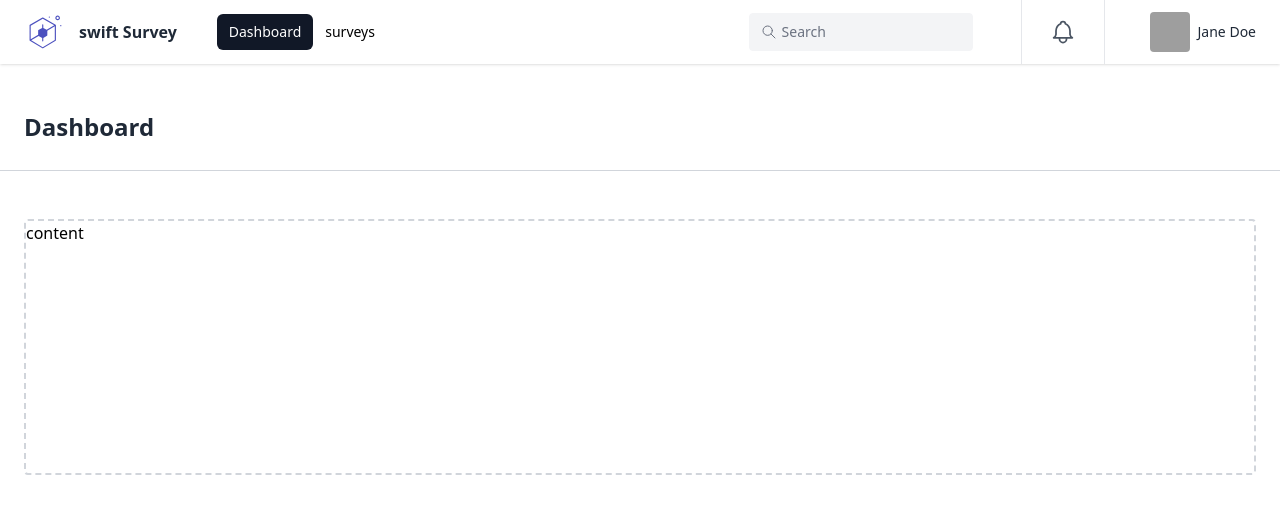
Repository: thomsontochi/swiftSurvey
Page: /dashboard (app in vue/)
An editor plug-in stored every save of this project. The page is shown before and after the next save, followed by the edit.
The browser window is 1280 px wide. The pictures show the whole page.
Pictures or frames that could not be fetched are drawn as grey boxes. The project was rebuilt for these pictures with package versions that can differ from the ones it lists, and the page was loaded fresh each time. Also part of the build but not shown: vue/vite.config.js, vue/src/views/Login.vue, vue/src/views/Register.vue, vue/src/views/Surveys.vue, vue/src/components/AuthLayout.vue, vue/src/components/Pages/Welcome.vue.

Above is the page before, as saved 2022-07-16 15:57:24.

### vue/src/main.js
import { createApp } from 'vue'
import App from './App.vue'
import store from './store'
import './index.css'
import router from './router'

createApp(App)
    .use(router)
    .use(store)
    .mount('#app')

### vue/src/App.vue
<script setup>

</script>

<template>

  <router-view></router-view>

</template>

### vue/src/store/index.js
import { createStore } from "vuex";

const store = createStore ({

    state: {
        user: {
            data: {},
            token: 123,
          }
    },
    getters:{},
    actions:{},
    mutations:{},
    modules:{}
})

export default store;

### vue/src/router/index.js
import { createRouter, createWebHistory } from "vue-router";
import Login from '../views/Login.vue'
import Register from '../views/Register.vue'
import Dashboard from "../views/Dashboard.vue"
import DefaultLayout from "../components/DefaultLayout.vue"
import Surveys from "../views/Surveys.vue"
import AuthLayout from "../components/AuthLayout.vue"
import Welcome from "../components/Pages/Welcome.vue"
import store from "../store"




const routes = [
    {
      path: "/",
      name: Welcome,
      component: Welcome
    },
    {
        path: "/dashboard",
        redirect: "/dashboard",
        component: DefaultLayout,
        meta: {requiresAuth: true},
        children: [
          { path: "/dashboard", name: "Dashboard", component: Dashboard },
          { path: "/surveys", name: "Surveys", component: Surveys },
        ],
    },
    {
        path:"/auth",
        redirect: "/login",
        name:"Auth",
        component: AuthLayout,
        meta: {isGuest: true},
        children: [

            {
                path: '/login',
                name: 'Login',
                component: Login
            },
            {
                path: '/register',
                name: 'Register',
                component: Register
            }

        ]

    },


];

const router = createRouter ({
    history: createWebHistory(),
    routes
})

router.beforeEach((to, from, next) => {
    if (to.meta.requiresAuth && !store.state.user.token) {
      next({ name: "Login" });
    } else if (store.state.user.token && to.meta.isGuest) {
      next({ name: "Dashboard" });
    } else {
      next();
    }
  });

export default router;

### vue/src/views/Dashboard.vue
<template>

     <!-- Page title starts -->

        <div class="  my-6 lg:my-12 container px-6 mx-auto flex flex-col lg:flex-row items-start lg:items-center justify-between pb-4 border-b border-gray-300">
            <div>
                <h4 class="text-2xl font-bold leading-tight text-gray-800">Dashboard</h4>

                <ul class="flex flex-col md:flex-row items-start md:items-center text-gray-600 text-sm mt-3"> </ul>
            </div>
            <!-- <div class="mt-6 lg:mt-0">
                <button class="mx-2 my-2 bg-white transition duration-150 ease-in-out focus:outline-none hover:bg-gray-100 rounded text-indigo-700 px-6 py-2 text-sm">Back</button>
                <button class="transition duration-150 ease-in-out hover:bg-indigo-600 focus:outline-none border bg-indigo-700 rounded text-white px-8 py-2 text-sm">Edit Profile</button>
            </div> -->
        </div>
        <!-- Page title ends -->


        <div class="container mx-auto px-6">
            <!-- Remove class [ h-64 ] when adding a card block -->
            <!-- Remove class [ border-dashed border-2 border-gray-300 ] to remove dotted border -->
            <div class="w-full h-64 rounded border-dashed border-2 border-gray-300">
                <!-- Place your content here -->
                <h1>content</h1>
            </div>
        </div>


</template>

<!-- <script>
export default {
    name: "LightWithGreyBackground",
    data() {
        return {
            xmlns: "http://www.w3.org/2000/svg",
            xlink: "http://www.w3.org/1999/xlink",
            profilePhoto: "https://tuk-cdn.s3.amazonaws.com/assets/components/boxed_layout/bl_1.png",
        };
    },
    methods: {
        dropdownHandler(event) {
            let single = event.currentTarget.getElementsByTagName("ul")[0];
            single.classList.toggle("hidden");
        },
        MenuHandler(el, val) {
            let MainList = el.currentTarget.parentElement.getElementsByTagName("ul")[0];
            let closeIcon = el.currentTarget.parentElement.getElementsByClassName("close-m-menu")[0];
            let showIcon = el.currentTarget.parentElement.getElementsByClassName("show-m-menu")[0];
            if (val) {
                MainList.classList.remove("hidden");
                el.currentTarget.classList.add("hidden");
                closeIcon.classList.remove("hidden");
            } else {
                showIcon.classList.remove("hidden");
                MainList.classList.add("hidden");
                el.currentTarget.classList.add("hidden");
            }
        },
    },
};
</script> -->

### vue/src/components/DefaultLayout.vue
<template>
    <div class="">
        <!-- Navigation starts -->
        <nav class="w-full mx-auto bg-white shadow">
            <div class="container px-6 justify-between h-16 flex items-center lg:items-stretch mx-auto">
                <div class="h-full flex items-center">
                    <div class="mr-10 flex items-center">
                        <svg aria-label="Home" id="logo" enable-background="new 0 0 300 300" height="44" viewBox="0 0 300 300" width="43" v-bind:xmlns="xmlns" :xmlns:xlink="xlink">
                            <g>
                                <path
                                    fill="#4c51bf"
                                    d="m234.735 35.532c-8.822 0-16 7.178-16 16s7.178 16 16 16 16-7.178 16-16-7.178-16-16-16zm0 24c-4.412 0-8-3.588-8-8s3.588-8 8-8 8 3.588 8 8-3.588 8-8 8zm-62.529-14c0-2.502 2.028-4.53 4.53-4.53s4.53 2.028 4.53 4.53c0 2.501-2.028 4.529-4.53 4.529s-4.53-2.027-4.53-4.529zm89.059 60c0 2.501-2.028 4.529-4.53 4.529s-4.53-2.028-4.53-4.529c0-2.502 2.028-4.53 4.53-4.53s4.53 2.029 4.53 4.53zm-40.522-5.459-88-51.064c-1.242-.723-2.773-.723-4.016 0l-88 51.064c-1.232.715-1.992 2.033-1.992 3.459v104c0 1.404.736 2.705 1.938 3.428l88 52.936c.635.381 1.35.572 2.062.572s1.428-.191 2.062-.572l88-52.936c1.201-.723 1.938-2.023 1.938-3.428v-104c0-1.426-.76-2.744-1.992-3.459zm-90.008-42.98 80.085 46.47-52.95 31.289-23.135-13.607v-21.713c0-2.209-1.791-4-4-4s-4 1.791-4 4v21.713l-26.027 15.309c-1.223.719-1.973 2.029-1.973 3.447v29.795l-52 30.727v-94.688zm0 198.707-80.189-48.237 51.467-30.412 24.723 14.539v19.842c0 2.209 1.791 4 4 4s4-1.791 4-4v-19.842l26.027-15.307c1.223-.719 1.973-2.029 1.973-3.447v-31.667l52-30.728v94.729z"
                                />
                            </g>
                        </svg>
                        <router-link :to="{path: '/' }" class="text-base text-gray-800 font-bold tracking-normal leading-tight ml-3 hidden lg:block">swift Survey</router-link>
                    </div>

                    <ul class="pr-12 xl:flex items-center h-full hidden">

                        <li class="hover:text-indigo-700 cursor-pointer h-full flex items-center text-sm  tracking-normal">
                            <router-link
                                v-for="item in navigation"
                                :key="item.name"
                                :to="item.to"
                                active-class="bg-gray-900 text-white"
                                :class="[ this.$route.name === item.to.name ? '' : ' hover:bg-gray-700 hover:text-white', 'px-3 py-2 rounded-md text-sm font-medium']" >
                                {{item.name}}
                            </router-link>
                        </li>

                        <li class="hover:text-indigo-700 cursor-pointer h-full flex items-center text-sm text-gry-800 mx-10 tracking-normal">
                            <router-link
                                v-for="item in navig"
                                :key="item.name"
                                :to="item.to"
                                active-class="bg-gray-900 text-white"
                              >
                                {{item.name}}
                            </router-link>
                        </li>

                    </ul>
                </div>

                <div class="h-full xl:flex items-center justify-end hidden">
                    <div class="w-full h-full flex items-center">
                        <div class="w-full pr-12 h-full flex items-center border-r">
                            <div class="relative w-full">
                                <div class="text-gray-500 absolute ml-3 inset-0 m-auto w-4 h-4">
                                    <svg v-bind:xmlns="xmlns" class="icon icon-tabler icon-tabler-search" width="16" height="16" viewBox="0 0 24 24" stroke-width="1.5" stroke="currentColor" fill="none" stroke-linecap="round" stroke-linejoin="round">
                                        <path stroke="none" d="M0 0h24v24H0z" />
                                        <circle cx="10" cy="10" r="7" />
                                        <line x1="21" y1="21" x2="15" y2="15" />
                                    </svg>
                                </div>
                                <input class="border border-gray-100 focus:outline-none focus:border-indigo-700 w-56 rounded text-sm text-gray-500 bg-gray-100 pl-8 py-2" type="text" placeholder="Search" />
                            </div>
                        </div>
                        <div class="w-full h-full flex">
                            <div class="w-32 h-full flex items-center justify-center border-r cursor-pointer text-gray-600">
                                <svg v-bind:xmlns="xmlns" class="icon icon-tabler icon-tabler-bell" width="28" height="28" viewBox="0 0 24 24" stroke-width="1.5" stroke="currentColor" fill="none" stroke-linecap="round" stroke-linejoin="round">
                                    <path stroke="none" d="M0 0h24v24H0z" />
                                    <path d="M10 5a2 2 0 0 1 4 0a7 7 0 0 1 4 6v3a4 4 0 0 0 2 3h-16a4 4 0 0 0 2 -3v-3a7 7 0 0 1 4 -6" />
                                    <path d="M9 17v1a3 3 0 0 0 6 0v-1" />
                                </svg>
                            </div>
                            <div aria-haspopup="true" class="cursor-pointer w-full flex items-center justify-end relative" @click="dropdownHandler($event)">
                                <ul class="p-2 w-40 border-r bg-white absolute rounded z-40 left-0 shadow mt-64 hidden">
                                    <li class="cursor-pointer text-gray-600 text-sm leading-3 tracking-normal py-2 hover:text-indigo-700 focus:text-indigo-700 focus:outline-none">
                                        <div class="flex items-center">
                                            <svg v-bind:xmlns="xmlns" class="icon icon-tabler icon-tabler-user" width="20" height="20" viewBox="0 0 24 24" stroke-width="1.5" stroke="currentColor" fill="none" stroke-linecap="round" stroke-linejoin="round">
                                                <path stroke="none" d="M0 0h24v24H0z" />
                                                <circle cx="12" cy="7" r="4" />
                                                <path d="M6 21v-2a4 4 0 0 1 4 -4h4a4 4 0 0 1 4 4v2" />
                                            </svg>
                                            <span class="ml-2"> My Profile </span>
                                        </div>
                                    </li>
                                    <li class="cursor-pointer text-gray-600 text-sm leading-3 tracking-normal mt-2 py-2 hover:text-indigo-700 focus:text-indigo-700 focus:outline-none flex items-center">
                                        <svg v-bind:xmlns="xmlns" class="icon icon-tabler icon-tabler-help" width="20" height="20" viewBox="0 0 24 24" stroke-width="1.5" stroke="currentColor" fill="none" stroke-linecap="round" stroke-linejoin="round">
                                            <path stroke="none" d="M0 0h24v24H0z" />
                                            <circle cx="12" cy="12" r="9" />
                                            <line x1="12" y1="17" x2="12" y2="17.01" />
                                            <path d="M12 13.5a1.5 1.5 0 0 1 1 -1.5a2.6 2.6 0 1 0 -3 -4" />
                                        </svg>
                                        <span class="ml-2">Help Center</span>
                                    </li>
                                    <li class="cursor-pointer text-gray-600 text-sm leading-3 tracking-normal mt-2 py-2 hover:text-indigo-700 flex items-center focus:text-indigo-700 focus:outline-none">
                                        <svg v-bind:xmlns="xmlns" class="icon icon-tabler icon-tabler-settings" width="20" height="20" viewBox="0 0 24 24" stroke-width="1.5" stroke="currentColor" fill="none" stroke-linecap="round" stroke-linejoin="round">
                                            <path stroke="none" d="M0 0h24v24H0z" />
                                            <path d="M10.325 4.317c.426-1.756 2.924-1.756 3.35 0a1.724 1.724 0 0 0 2.573 1.066c1.543-.94 3.31.826 2.37 2.37a1.724 1.724 0 0 0 1.065 2.572c1.756.426 1.756 2.924 0 3.35a1.724 1.724 0 0 0 -1.066 2.573c.94 1.543-.826 3.31-2.37 2.37a1.724 1.724 0 0 0 -2.572 1.065c-.426 1.756-2.924 1.756-3.35 0a1.724 1.724 0 0 0 -2.573 -1.066c-1.543.94-3.31-.826-2.37-2.37a1.724 1.724 0 0 0 -1.065 -2.572c-1.756-.426-1.756-2.924 0-3.35a1.724 1.724 0 0 0 1.066 -2.573c-.94-1.543.826-3.31 2.37-2.37.996.608 2.296.07 2.572-1.065z" />
                                            <circle cx="12" cy="12" r="3" />
                                        </svg>
                                        <span class="ml-2">Account Settings</span>
                                    </li>
                                </ul>
                                <img class="rounded h-10 w-10 object-cover" v-bind:src="profilePhoto" alt="logo" />
                                <p class="text-gray-800 text-sm ml-2">Jane Doe</p>
                            </div>
                        </div>
                    </div>
                </div>

                <div class="visible xl:hidden flex items-center">
                    <ul class="z-40 p-2 border-r bg-white absolute rounded top-0 left-0 right-0 shadow mt-16 md:mt-16 hidden">
                        <li class="flex xl:hidden cursor-pointer text-gray-600 text-base leading-3 tracking-normal mt-2 py-3 hover:text-indigo-700 focus:text-indigo-700 focus:outline-none">
                            <div class="flex items-center">
                                <span class="leading-6 ml-2 font-bold"> Dashboard </span>
                            </div>
                        </li>
                        <li class="xl:hidden flex-col cursor-pointer text-gray-600 text-base leading-3 tracking-normal py-3 hover:text-indigo-700 focus:text-indigo-700 focus:outline-none flex justify-center" @click="dropdownHandler($event)">
                            <div class="flex items-center">
                                <span class="leading-6 ml-2 font-bold"> Products </span>
                            </div>
                            <ul class="ml-2 mt-3 hidden">
                                <li class="cursor-pointer text-gray-600 text-sm leading-3 tracking-normal py-3 hover:bg-indigo-700 hover:text-white px-3 font-normal">Landing Pages</li>
                                <li class="cursor-pointer text-gray-600 text-sm leading-3 tracking-normal py-3 hover:bg-indigo-700 hover:text-white px-3 font-normal">Templates</li>
                                <li class="cursor-pointer text-gray-600 text-sm leading-3 tracking-normal py-3 hover:bg-indigo-700 hover:text-white px-3 font-normal">Components</li>
                            </ul>
                        </li>
                        <li class="xl:hidden cursor-pointer text-gray-600 text-base leading-3 tracking-normal py-3 hover:text-indigo-700 flex items-center focus:text-indigo-700 focus:outline-none">
                            <span class="leading-6 ml-2 font-bold">Performance</span>
                        </li>
                        <li class="xl:hidden flex-col cursor-pointer text-gray-600 text-base leading-3 tracking-normal mb-2 py-3 hover:text-indigo-700 focus:text-indigo-700 focus:outline-none flex justify-center" @click="dropdownHandler($event)">
                            <div class="flex items-center">
                                <span class="leading-6 ml-2 font-bold"> Deliverables </span>
                            </div>
                            <ul class="ml-2 mt-3 hidden">
                                <li class="cursor-pointer text-gray-600 text-sm leading-3 tracking-normal py-3 hover:bg-indigo-700 hover:text-white px-3 font-normal">Landing Pages</li>
                                <li class="cursor-pointer text-gray-600 text-sm leading-3 tracking-normal py-3 hover:bg-indigo-700 hover:text-white px-3 font-normal">Templates</li>
                                <li class="cursor-pointer text-gray-600 text-sm leading-3 tracking-normal py-3 hover:bg-indigo-700 hover:text-white px-3 font-normal">Components</li>
                            </ul>
                        </li>
                        <li>
                            <hr class="border-b border-gray-300 w-full" />
                        </li>
                        <li class="ml-2 cursor-pointer text-gray-600 text-sm leading-3 tracking-normal mt-2 py-2 hover:text-indigo-700 flex items-center focus:text-indigo-700 focus:outline-none">
                            <div class="flex items-center">
                                <div class="w-12 cursor-pointer flex text-sm border-2 border-transparent rounded focus:outline-none focus:border-white transition duration-150 ease-in-out">
                                    <img class="rounded h-10 w-10 object-cover" v-bind:src="profilePhoto" alt="logo" />
                                </div>
                                <p class="leading-6 text-base ml-1 cursor-pointer">Jane Doe</p>
                                <div class="sm:ml-2 text-white relative">
                                    <svg v-bind:xmlns="xmlns" class="icon icon-tabler icon-tabler-chevron-down cursor-pointer" width="20" height="20" viewBox="0 0 24 24" stroke-width="1.5" stroke="currentColor" fill="none" stroke-linecap="round" stroke-linejoin="round">
                                        <path stroke="none" d="M0 0h24v24H0z"></path>
                                        <polyline points="6 9 12 15 18 9"></polyline>
                                    </svg>
                                </div>
                            </div>
                        </li>
                        <li class="ml-2 cursor-pointer text-gray-600 text-base leading-3 tracking-normal py-2 hover:text-indigo-700 focus:text-indigo-700 focus:outline-none">
                            <div class="flex items-center">
                                <svg v-bind:xmlns="xmlns" class="icon icon-tabler icon-tabler-user" width="24" height="24" viewBox="0 0 24 24" stroke-width="1.5" stroke="currentColor" fill="none" stroke-linecap="round" stroke-linejoin="round">
                                    <path stroke="none" d="M0 0h24v24H0z" />
                                    <circle cx="12" cy="7" r="4" />
                                    <path d="M6 21v-2a4 4 0 0 1 4 -4h4a4 4 0 0 1 4 4v2" />
                                </svg>
                                <span class="leading-6 ml-2">Profile</span>
                            </div>
                        </li>
                    </ul>

                    <svg @click="MenuHandler($event, true)" aria-haspopup="true" aria-label="Main Menu" v-bind:xmlns="xmlns" class="show-m-menu icon icon-tabler icon-tabler-menu" width="28" height="28" viewBox="0 0 24 24" stroke-width="1.5" stroke="#000" fill="none" stroke-linecap="round" stroke-linejoin="round">
                        <path stroke="none" d="M0 0h24v24H0z"></path>
                        <line x1="4" y1="8" x2="20" y2="8"></line>
                        <line x1="4" y1="16" x2="20" y2="16"></line>
                    </svg>
                    <div class="hidden close-m-menu" @click="MenuHandler($event, false)">
                        <svg aria-label="Close" v-bind:xmlns="xmlns" width="24" height="24" viewBox="0 0 24 24" stroke-width="1.5" stroke="#000" fill="none" stroke-linecap="round" stroke-linejoin="round">
                            <path stroke="none" d="M0 0h24v24H0z" />
                            <line x1="18" y1="6" x2="6" y2="18" />
                            <line x1="6" y1="6" x2="18" y2="18" />
                        </svg>
                    </div>
                </div>
            </div>
        </nav>
        <!-- Navigation ends -->

        <router-view></router-view>

    </div>
</template>

<script>


    const navigation = [
        { name: "Dashboard", to: { path: "/Dashboard" } },
        { name: "surveys", to: { path: "/Surveys" } }
        ];



export default {
    name: "LightWithGreyBackground",
    data() {
        return {
            xmlns: "http://www.w3.org/2000/svg",
            xlink: "http://www.w3.org/1999/xlink",
            profilePhoto: "https://tuk-cdn.s3.amazonaws.com/assets/components/boxed_layout/bl_1.png",
        };
    },


    methods: {
        dropdownHandler(event) {
            let single = event.currentTarget.getElementsByTagName("ul")[0];
            single.classList.toggle("hidden");
        },
        MenuHandler(el, val) {
            let MainList = el.currentTarget.parentElement.getElementsByTagName("ul")[0];
            let closeIcon = el.currentTarget.parentElement.getElementsByClassName("close-m-menu")[0];
            let showIcon = el.currentTarget.parentElement.getElementsByClassName("show-m-menu")[0];
            if (val) {
                MainList.classList.remove("hidden");
                el.currentTarget.classList.add("hidden");
                closeIcon.classList.remove("hidden");
            } else {
                showIcon.classList.remove("hidden");
                MainList.classList.add("hidden");
                el.currentTarget.classList.add("hidden");
            }
        },

    },

    setup() {

        return {

          navigation,

        };


    }











};


</script>

### vue/tailwind.config.js
/** @type {import('tailwindcss').Config} */
module.exports = {
  content: [
    "./index.html",
    "./src/**/*.{vue,js,ts,jsx,tsx}",
  ],
  theme: {
    extend: {},
  },
  plugins: [require("@tailwindcss/forms")],
}

Loaded but not shown: vue/index.html (common file); vue/src/index.css (common file)

After the next save:
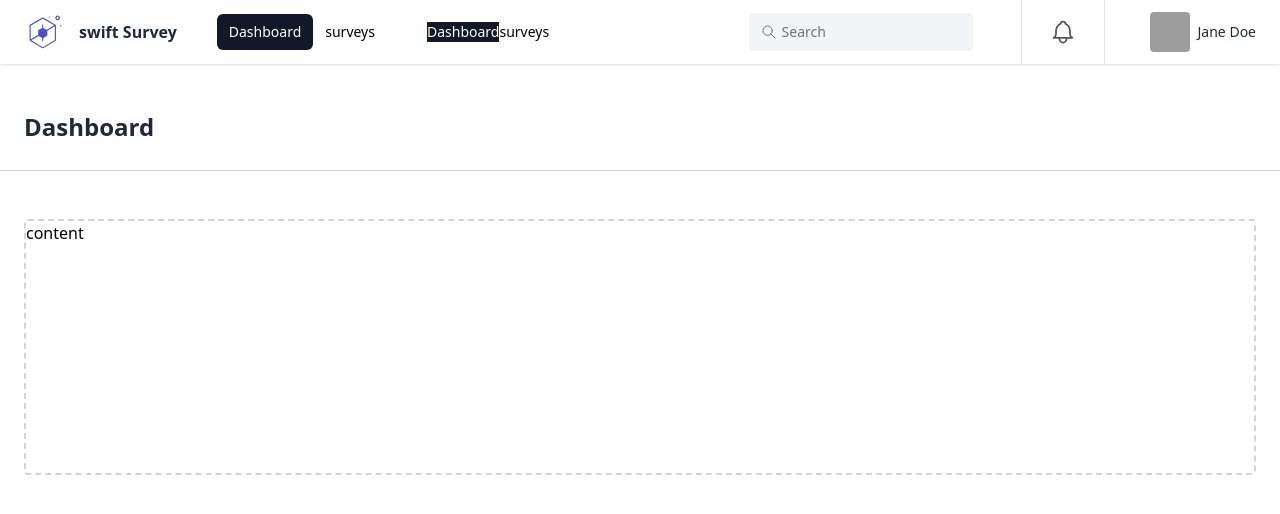
Saved 26 s later.
--- a/vue/src/components/DefaultLayout.vue
+++ b/vue/src/components/DefaultLayout.vue
@@ -31,7 +31,7 @@
 
                         <li class="hover:text-indigo-700 cursor-pointer h-full flex items-center text-sm text-gry-800 mx-10 tracking-normal">
                             <router-link
-                                v-for="item in navig"
+                                v-for="item in navigation"
                                 :key="item.name"
                                 :to="item.to"
                                 active-class="bg-gray-900 text-white"

After the save that followed:
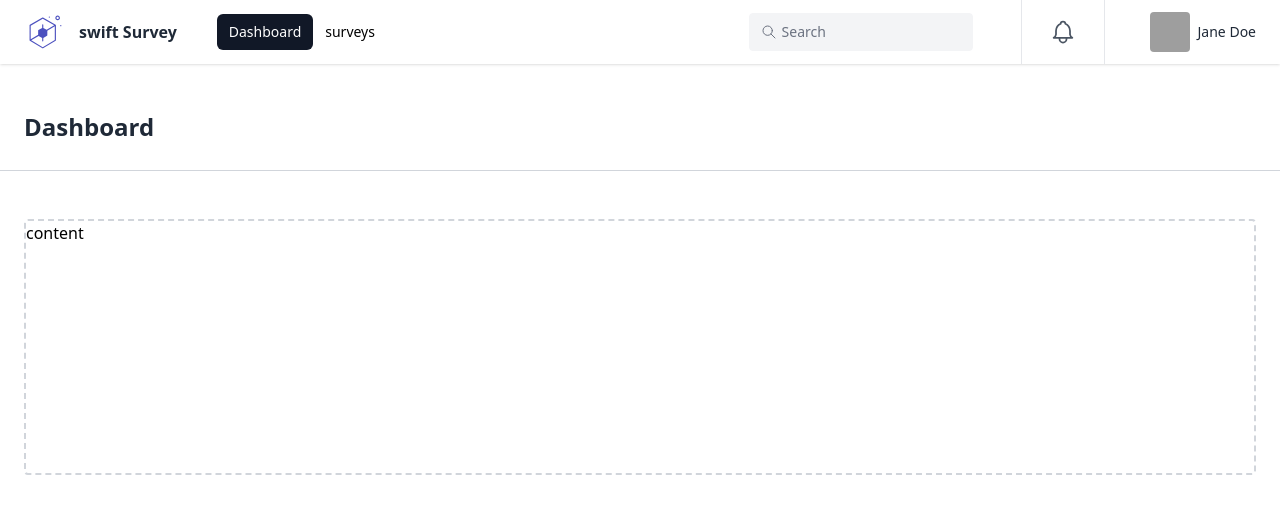
Saved 15 s later.
--- a/vue/src/components/DefaultLayout.vue
+++ b/vue/src/components/DefaultLayout.vue
@@ -29,16 +29,7 @@
                             </router-link>
                         </li>
 
-                        <li class="hover:text-indigo-700 cursor-pointer h-full flex items-center text-sm text-gry-800 mx-10 tracking-normal">
-                            <router-link
-                                v-for="item in navigation"
-                                :key="item.name"
-                                :to="item.to"
-                                active-class="bg-gray-900 text-white"
-                              >
-                                {{item.name}}
-                            </router-link>
-                        </li>
+
 
                     </ul>
                 </div>
